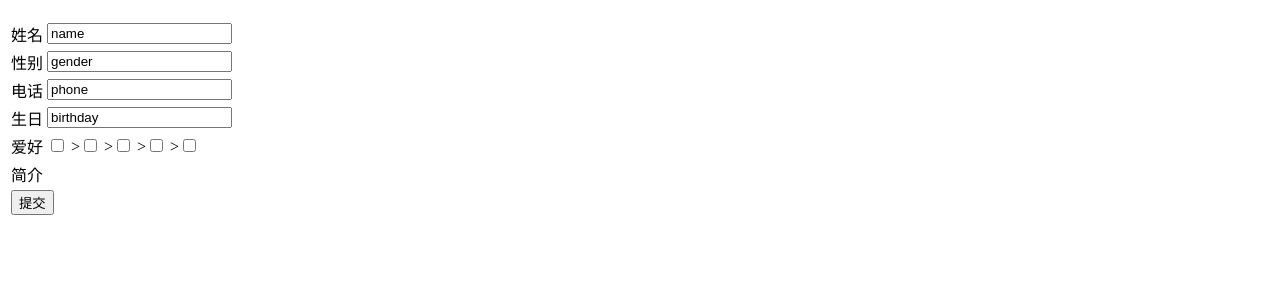
Repository: ChengqunYang/JAVA
Page: http://localhost/stu/add.jsp
An editor plug-in stored every save of this project. The page is shown before and after the next save, followed by the edit.
The browser window is 1280 px wide. The pictures show the whole page.
The page is served by Tomcat 9.

Above is the page before, as saved 2019-04-08 11:07:25.

After the next save:
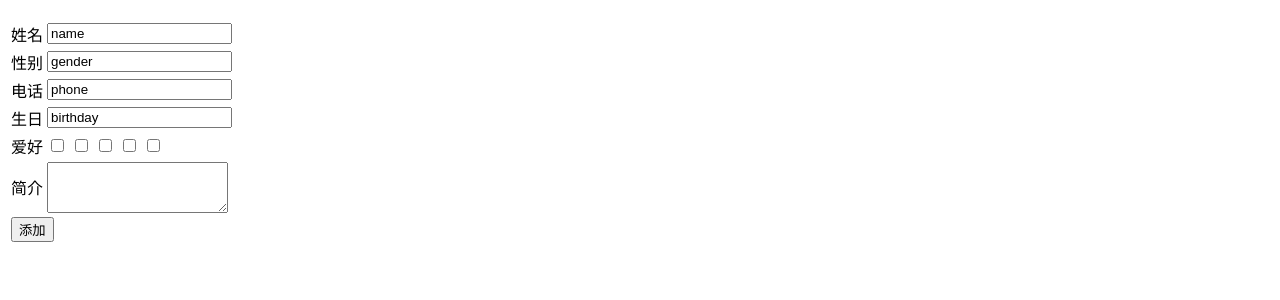
Saved 2 min 9 s later.
--- a/stu/WebContent/add.jsp
+++ b/stu/WebContent/add.jsp
@@ -27,19 +27,20 @@
 	</tr>
 	<tr>
 		<td>爱好</td>
-		<td><input type = "checkbox" value = "游泳">
-		><input type = "checkbox" value = "篮球">
-		><input type = "checkbox" value = "足球">
-		><input type = "checkbox" value = "看书">
-		><input type = "checkbox" value = "写字">
+		<td>
+		<input type = "checkbox" value = "游泳">
+		<input type = "checkbox" value = "篮球">
+		<input type = "checkbox" value = "足球">
+		<input type = "checkbox" value = "看书">
+		<input type = "checkbox" value = "写字">
 		</td>
 	</tr>
 	<tr>
 		<td>简介</td>
-		<td></td>
+		<td><textarea  name = "info" rows="3" cols=""></textarea></td>
 	</tr>
 	<tr>
-		<td colspan="2" ><input type = "submit" value = "提交"> </td>
+		<td colspan="2" ><input type = "submit" value = "添加"> </td>
 	</tr>
 
 </table>
